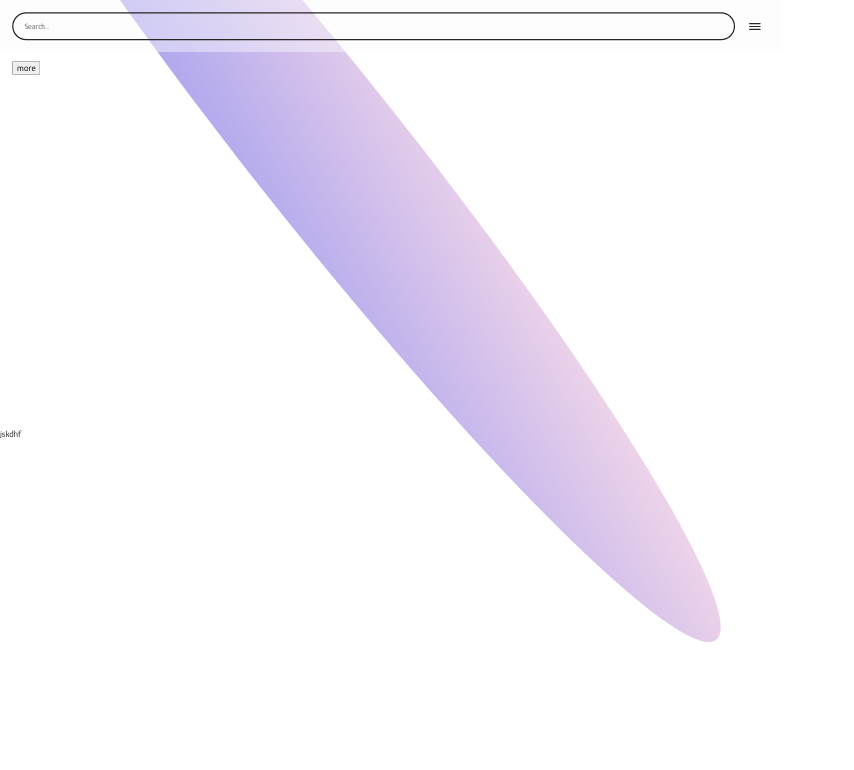
Repository: Axeliriya/my-test
Page: /
An editor plug-in stored every save of this project. The page is shown before and after the next save, followed by the edit.
The browser window is 1280 px wide. The page is 1280 px wide, then 1400 px, so the pictures cover 1400 px, including what lies to the right of the window. The pictures show the whole page, at 61% of full size.
The page's requests for data from a server got no answer. The project was rebuilt for these pictures with package versions that can differ from the ones it lists, and the page was loaded fresh each time. No one was signed in, and anything a server would have sent is missing. Also part of the build but not shown: src/components/ProductList/ProductList.tsx, src/components/ProductItem/ProductItem.tsx.

Above is the page before, as saved 2022-04-05 15:47:27.

### public/index.html
<!DOCTYPE html>
<html lang="en">
  <head>
    <meta charset="utf-8" />
    <link rel="icon" href="%PUBLIC_URL%/favicon.ico" />
    <meta name="viewport" content="width=device-width, initial-scale=1" />
    <meta name="theme-color" content="#9796F0" />
    <title>React App</title>
  </head>
  <body>
    <div id="root"></div>
  </body>
</html>

### src/index.tsx
import { createRoot } from 'react-dom/client';
import { App } from './components';
import './assets/styles/main.scss';

const root = createRoot(document.getElementById('root') as HTMLDivElement);
root.render(<App />);

### src/components/index.ts
export * from './App/App';
export * from './Layout/Layout';
export * from './Header/Header';
export * from './Button/Button';
export * from './Input/Input';
export * from './ProductList/ProductList';
export * from './ProductItem/ProductItem';
export * from './Main/Main';

### src/assets/styles/main.scss
@import './base/normalize';
@import './base/fonts';
@import './utils/variables';
@import './utils/mixins';
@import './utils/placeholder';
@import './base/body';

### src/components/App/App.tsx
import { useEffect, useState } from 'react';
import { Layout, ProductList } from '..';
import { ProductModel } from '../../interfaces/product.interface';
import { getProducts } from '../../services/api-service';
import styles from './App.module.scss';
// import { AppProps } from './App.props';

export const App = (): JSX.Element => {
  return (
    <div className={styles.app}>
      <Layout />
    </div>
  );
};

### src/components/Layout/Layout.tsx
import { Header, Input, Main } from '..';
import styles from './Layout.module.scss';
import { LayoutProps } from './Layout.props';

export const Layout = ({ children }: LayoutProps): JSX.Element => {
  return (
    <div className={styles.layout}>
      <Header>
        <Input placeholder="Search..." />
      </Header>
      <Main />
      <footer className={styles.main}>jskdhf</footer>
    </div>
  );
};

### src/components/Header/Header.tsx
/* eslint-disable no-constant-condition */
import styles from './Header.module.scss';
import { HeaderProps } from './Header.props';
import { ReactComponent as Burger } from './burger.svg';
import { ReactComponent as Search } from './search.svg';
import { Button } from '..';

export const Header = ({ children, ...props }: HeaderProps): JSX.Element => {
  return (
    <header className={styles.header} {...props}>
      <div className={styles.wrapper}>
        {false ? (
          <>
            <a className={styles.logo} href="/">
              Сlothes
            </a>
            <Button>
              <Search />
            </Button>
          </>
        ) : (
          <div className={styles.input}>{children}</div>
        )}
      </div>
      <Button>
        <Burger />
      </Button>
    </header>
  );
};

### src/components/Button/Button.tsx
import styles from './Button.module.scss';
import { ButtonProps } from './Button.props';
import cn from 'classnames';

export const Button = ({
  appearance,
  children,
  className,
  ...props
}: ButtonProps) => {
  return (
    <button
      className={cn(styles.button, className, {
        [styles.primary]: appearance === 'primary',
        [styles.green]: appearance === 'green',
        [styles.ghost]: appearance === 'ghost',
      })}
      {...props}
    >
      {children}
    </button>
  );
};

### src/components/Input/Input.tsx
import styles from './Input.module.scss';
import { InputProps } from './Input.props';
import cn from 'classnames';

export const Input = ({ className, ...props }: InputProps): JSX.Element => {
  return <input className={cn(styles.input, className)} {...props} />;
};

### src/components/Main/Main.tsx
import { useEffect, useState } from 'react';
import { ProductList } from '..';
import { ProductModel } from '../../interfaces/product.interface';
import { getProducts } from '../../services/api-service';
import styles from './Main.module.scss';

export const Main = (): JSX.Element => {
  const [products, setProducts] = useState<ProductModel[]>();
  const [fullList, setFullist] = useState<ProductModel[]>();
  const [page, setPage] = useState<number>(1);

  useEffect(() => {
    const fetch = async () => {
      const { data } = await getProducts();
      setFullist(data?.data?.products);

      const productList = getListByPage(page, data?.data?.products);

      setProducts(productList);
    };
    fetch();
  }, [page]);

  function getListByPage(pageNumber: number, fullList: ProductModel[]) {
    if (pageNumber < 1) return [];

    const itemsPerPage = 10;
    const start = (pageNumber - 1) * itemsPerPage;
    const end = start + itemsPerPage;
    return fullList.slice(start, end);
  }

  const onClickPage = (nextPage: number) => {
    setPage((nextPage += 1));
    fullList && getListByPage(page, fullList);
  };
  return (
    <main className={styles.main}>
      {products && <ProductList products={products} />}
      {/* <ul>
    {products?.map(product => (
      <li key={product.name}>{product.name}</li>
    ))}
  </ul> */}
      <button onClick={() => onClickPage(page)}>more</button>
      <div className={styles.bg} />
    </main>
  );
};

### src/assets/styles/base/_fonts.scss
@font-face {
  font-family: 'Glory';
  font-style: normal;
  font-weight: 400;
  src: url('../../fonts/glory-regular.woff2') format('woff2'),
    url('../../fonts/glory-regular.ttf') format('ttf');
}

@font-face {
  font-family: 'Glory';
  font-style: normal;
  font-weight: 500;
  src: url('../../fonts/glory-medium.woff2') format('woff2'),
    url('../../fonts/glory-medium.ttf') format('ttf');
}

@font-face {
  font-family: 'Glory';
  font-style: normal;
  font-weight: 600;
  src: url('../../fonts/glory-semibold.woff2') format('woff2'),
    url('../../fonts/glory-semibold.ttf') format('ttf');
}

@font-face {
  font-family: 'Glory';
  font-style: normal;
  font-weight: 700;
  src: url('../../fonts/glory-bold.woff2') format('woff2'),
    url('../../fonts/glory-bold.ttf') format('ttf');
}

### src/assets/styles/utils/_variables.scss
$primary-color: #ffffff;
$primary-text-color: #272525;
$alternate-bg-color: #eef1f6;
$secondery-text-color: #454747;
$secondery-color: #3c336c;
$accent-color: #309f85;
$light-color: #c4c4c4;
$main-gradient: linear-gradient(38.95deg, #9796f0 -10.38%, #ffe0e8 107.56%);

$cubic: 250ms cubic-bezier(0.4, 0, 0.2, 1);

$font: Glory, sans-serif;

### src/assets/styles/utils/_mixins.scss
@mixin font($weight, $size, $line-height: 1.3, $family: $font) {
  font-family: $family;
  font-weight: $weight;
  font-size: $size;
  line-height: $line-height;
}

### src/assets/styles/utils/_placeholder.scss
%link {
  text-decoration: none;
}

%list {
  list-style: none;
  margin: 0;
  padding: 0;
}

%input {
  @include font(500, 13px, 1.4);
  padding: 12px 18px;
  background: transparent;
  color: $primary-text-color;
  border: 2px solid $primary-text-color;
  border-radius: 50px;
}

%btn-icon {
  padding: 10px;
  background-color: transparent;
  border: 1px solid transparent;
  border-radius: 5px;
  cursor: pointer;
  transition: all $cubic;
}

%btn {
  @include font(500, 13px, 1.4);
  color: $primary-color;
  padding: 12px 18px;
  border-radius: 50px;
}

### src/assets/styles/base/_body.scss
img {
  display: block;
  width: 100%;
  height: auto;
}

body {
  margin: 0;
  background-color: $primary-color;
  color: $primary-text-color;
  @include font(400, 15px);
}

code {
  font-family: source-code-pro, Menlo, Monaco, Consolas, 'Courier New',
    monospace;
}

### src/components/App/App.module.scss
// .app {
//   min-height: 100vh;
//   display: grid;
//   grid-template-rows: 1fr;
// }

@media screen and (min-width: 520px) {
  .app {
    grid-template-columns: auto 1fr auto;
  }
}

@media screen and (min-width: 682px) {
  .app {
    grid-template-columns: auto 665px auto;
  }
}

### src/components/Layout/Layout.module.scss
.layout {
  display: grid;
  grid-template-columns: auto 1fr auto;
  grid-template-rows: 1fr auto;
  min-height: 100vh;
}

.footer {
  grid-column: 1 / -1;
}

@media screen and (min-width: 520px) {
  .app {
    grid-template-columns: auto 1fr auto;
  }
}

@media screen and (min-width: 682px) {
  .app {
    grid-template-columns: auto 665px auto;
  }
}

### src/components/Header/Header.module.scss
@import '../../assets/styles/main.scss';

.header {
  position: fixed;
  width: 100%;
  display: flex;
  justify-content: space-between;
  align-items: center;
  background: rgba(250, 251, 253, 0.44);
  padding: 20px;
}

.wrapper {
  width: 100%;
  display: flex;
  justify-content: space-between;
  align-items: center;
  margin-right: 10px;
}

.logo {
  @extend %link;
  font-weight: 700;
  font-size: 36px;
  line-height: 105.5%;
  color: $primary-text-color;
  &:hover {
    color: $secondery-text-color;
  }
}

.input {
  width: 100%;
}

// @media screen and (min-width: 520px) {
//   .app {
//     grid-template-columns: auto 1fr auto;
//   }
// }

// @media screen and (min-width: 682px) {
//   .app {
//     grid-template-columns: auto 665px auto;
//   }
// }

### src/components/Button/Button.module.scss
@import '../../assets/styles/main.scss';

.button {
  @extend %btn-icon;
}

.button svg {
  display: block;
  width: 100%;
  height: auto;
}

.primary,
.green,
.ghost {
  @extend %btn;
  background-color: $secondery-color;
  &:hover {
    padding: 14px 20px;
    box-shadow: 0px 20px 50px rgba(0, 0, 0, 0.1);
    border-radius: 55px;
  }
}

.green {
  background-color: $accent-color;
}

.ghost {
  background-color: $light-color;
}

### src/components/Input/Input.module.scss
@import '../../assets/styles/main.scss';

.input {
  width: 100%;
  @extend %input;
  &:focus {
    border: 1px solid $primary-text-color;
  }
}

### src/components/ProductList/ProductList.module.scss
@import '../../assets/styles/main.scss';

.users {
  display: grid;
  gap: 12px;

  @extend %list;
}

### src/services/api-service.ts
import axios from 'axios';

axios.defaults.baseURL = `https://artisant.io/api`;

export const getProducts = async () => {
  return await axios.get(`/products`);
};

### src/components/Main/Main.module.scss
@import '../../assets/styles/main.scss';

.main {
  padding: 100px 20px 20px 20px;
  grid-column: 1 / -1;
}

.bg {
  position: absolute;
  top: 0;
  left: -100px;
  z-index: -1;
  width: 100%;
  height: 500px;
  background: $main-gradient;
  transform: skew(10deg, 50deg) scale(1, 1);
  border-radius: 50%;
  overflow: hidden;
}

@media screen and (min-width: 520px) {
  // .main {
  //   grid-template-columns: auto 1fr;
  //   grid-template-rows: 1fr;
  //   grid-column: 2 / 3;
  // }
}

Loaded but not shown: src/assets/styles/base/_normalize.scss (common file)

After the next save:
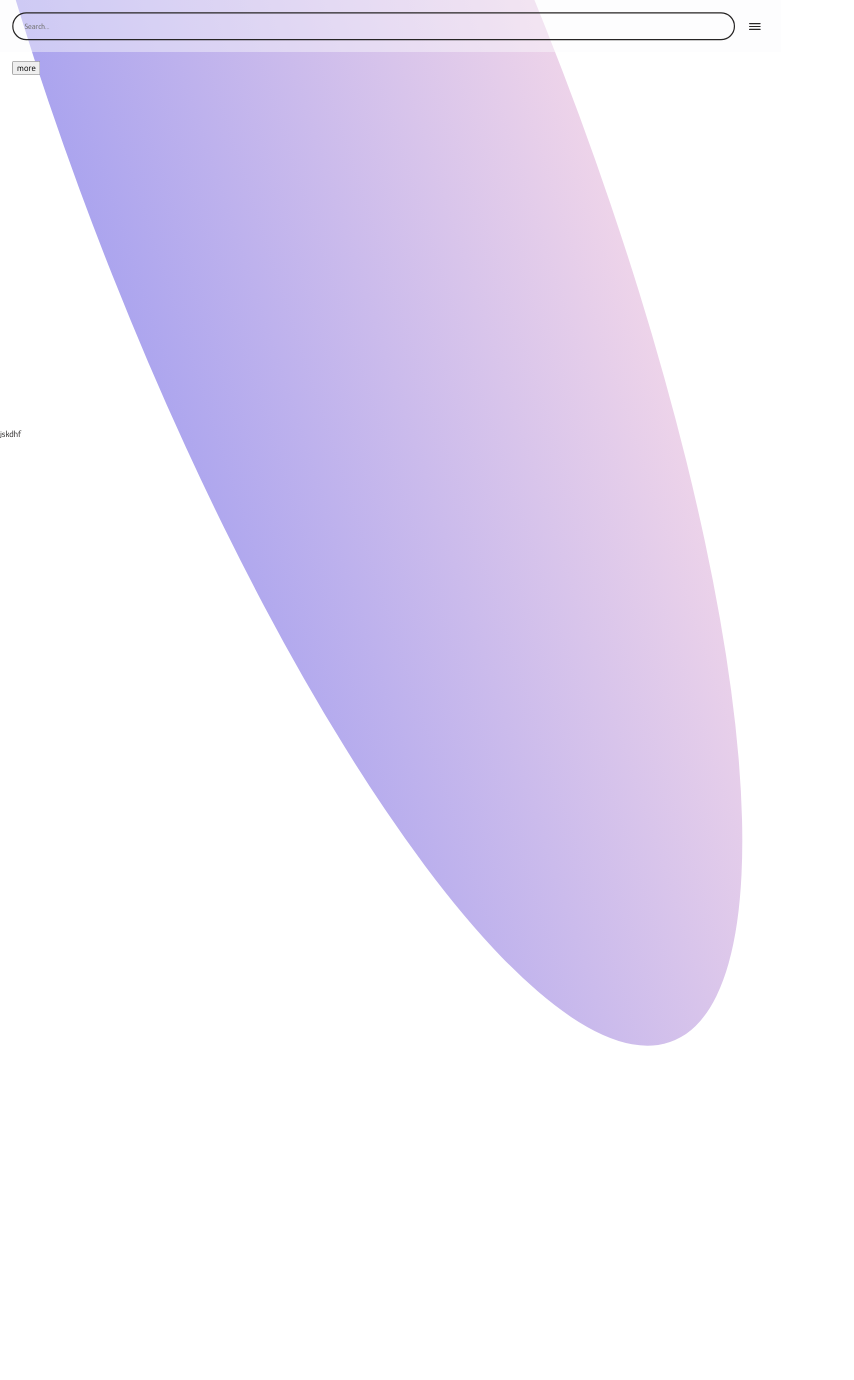
Saved 9 s later.
--- a/src/components/Main/Main.module.scss
+++ b/src/components/Main/Main.module.scss
@@ -13,7 +13,7 @@
   width: 100%;
   height: 500px;
   background: $main-gradient;
-  transform: skew(10deg, 50deg) scale(1, 1);
+  transform: skew(10deg, 50deg) scale(1, 5);
   border-radius: 50%;
   overflow: hidden;
 }
